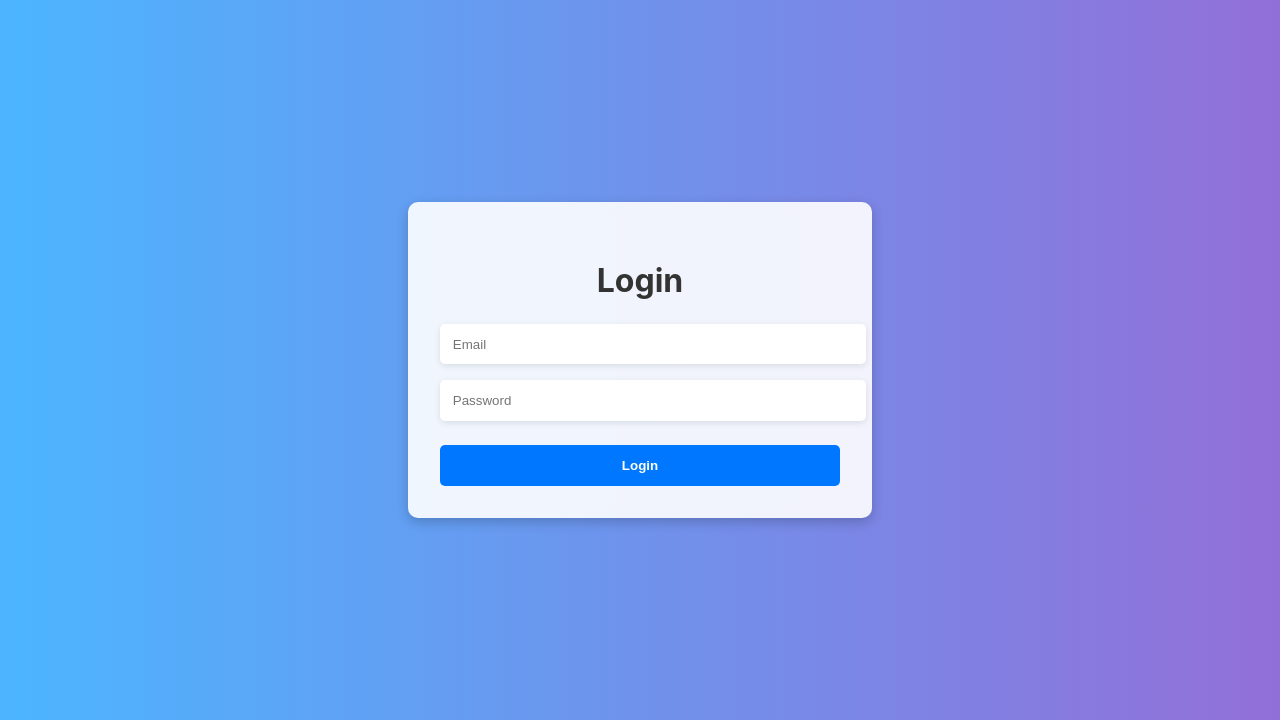
Repository: JaafarRezk/FrontEnd-InternetApplications
Page: /login
The author's editor kept a copy of each file at every save. The page is drawn from the files as they stood at one save, then again after the next save.
The browser window is 1280 px wide. The pictures show the whole page.
The project was rebuilt for these pictures with package versions that can differ from the ones it lists, and the page was loaded fresh each time. Also part of the build but not shown: src/components/Home.js, src/components/Auth/Register.js.

Above is the page before, as saved 2024-11-09 16:02:21.

### src/App.js
// src/App.js
import React from 'react';
import { BrowserRouter as Router, Route, Routes } from 'react-router-dom';
import Home from './components/Home';
import Login from './components/Auth/Login';
// افترض أن لديك مكون تسجيل Register في ملف Register.js
import Register from './components/Auth/Register';

function App() {
  return (
    <Router>
      <div className="App">
        <Routes>
          <Route path="/" element={<Home />} />
          <Route path="/login" element={<Login />} />
          <Route path="/register" element={<Register />} />
        </Routes>
      </div>
    </Router>
  );
}

export default App;

### src/components/Auth/Login.js
// src/components/Login.js
import React, { useState } from 'react';
import axios from 'axios';
import styles from '../styles/Auth.module.css';

const Login = () => {
  const [email, setEmail] = useState('');
  const [password, setPassword] = useState('');
  const [error, setError] = useState('');
  const [successMessage, setSuccessMessage] = useState('');

  const handleSubmit = async (e) => {
    e.preventDefault();
    setError('');
    setSuccessMessage('');

    try {
      const response = await axios.post('http://127.0.0.1:8000/api/auth/logIn', {
        email,
        password,
      });

      if (response.data.success) {
        setSuccessMessage('Login successful!');
        const token = response.data.data.token;
        localStorage.setItem('token', token);
      }
    } catch (error) {
      setError('Invalid credentials or user does not exist.');
      console.error(error);
    }
  };

  return (
    <div className={styles.container}>
      <div className={styles.formContainer}>
        <h2 className={styles.title}>Login</h2>
        <form onSubmit={handleSubmit}>
          <input
            type="email"
            placeholder="Email"
            value={email}
            onChange={(e) => setEmail(e.target.value)}
            className={styles.input}
          />
          <input
            type="password"
            placeholder="Password"
            value={password}
            onChange={(e) => setPassword(e.target.value)}
            className={styles.input}
          />
          <button type="submit" className={styles.button}>Login</button>
        </form>
        {error && <p style={{ color: 'red' }}>{error}</p>}
        {successMessage && <p style={{ color: 'green' }}>{successMessage}</p>}
      </div>
    </div>
  );
};

export default Login;

### src/components/styles/Auth.module.css
/* src/styles/Auth.module.css */

/* الحاوية الأساسية للخلفية */
.container {
    display: flex;
    justify-content: center;
    align-items: center;
    height: 100vh;
    background: linear-gradient(to right, rgba(0, 150, 255, 0.7), rgba(100, 50, 200, 0.7));
    animation: fadeInBackground 1.5s ease-in-out;
  }

  /* صندوق تسجيل الدخول والتسجيل */
  .formContainer {
    background-color: rgba(255, 255, 255, 0.9);
    backdrop-filter: blur(10px);
    padding: 2rem;
    border-radius: 10px;
    box-shadow: 0 4px 12px rgba(0, 0, 0, 0.2);
    width: 100%;
    max-width: 400px;
    text-align: center;
    animation: slideIn 0.7s ease;
  }

  /* أنماط للعناصر الداخلية */
  .title {
    font-size: 2rem;
    margin-bottom: 1rem;
    color: #333;
  }

  .input {
    width: 100%;
    padding: 0.8rem;
    margin: 0.5rem 0;
    border: none;
    border-radius: 5px;
    box-shadow: 0 2px 6px rgba(0, 0, 0, 0.1);
    transition: transform 0.3s;
  }

  .input:focus {
    transform: scale(1.03);
    outline: none;
    box-shadow: 0 3px 8px rgba(0, 100, 255, 0.3);
  }

  .button {
    width: 100%;
    padding: 0.8rem;
    margin-top: 1rem;
    border: none;
    border-radius: 5px;
    background-color: #0077ff;
    color: white;
    font-weight: bold;
    cursor: pointer;
    transition: background-color 0.3s, transform 0.3s;
  }

  .button:hover {
    background-color: #005ec2;
    transform: scale(1.05);
  }

  .message {
    margin-top: 1rem;
    color: #444;
  }

  /* التحريك */
  @keyframes fadeInBackground {
    from { opacity: 0; }
    to { opacity: 1; }
  }

  @keyframes slideIn {
    from { opacity: 0; transform: translateY(20px); }
    to { opacity: 1; transform: translateY(0); }
  }

Loaded but not shown: public/index.html (common file); src/index.js (common file); src/index.css (common file); src/reportWebVitals.js (common file)

After the next save:
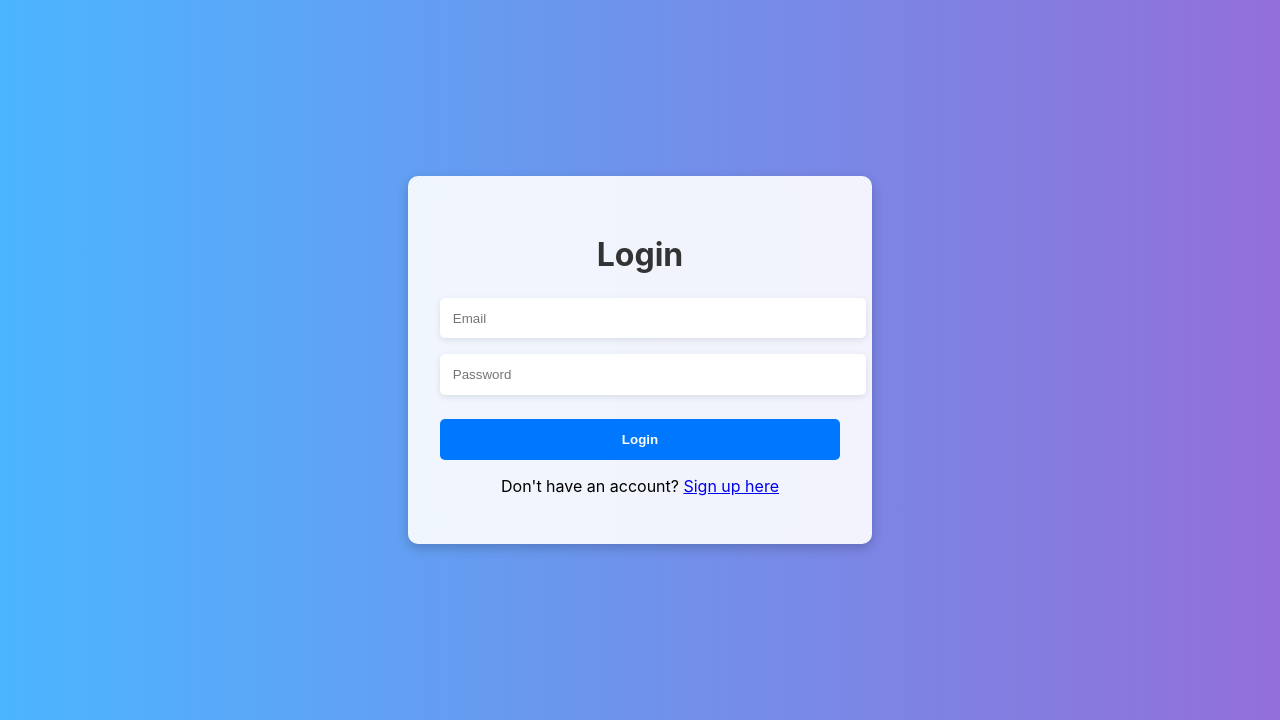
Saved 13 s later.
--- a/src/components/Auth/Login.js
+++ b/src/components/Auth/Login.js
@@ -2,6 +2,7 @@
 import React, { useState } from 'react';
 import axios from 'axios';
 import styles from '../styles/Auth.module.css';
+import { Link } from 'react-router-dom'; // إضافة رابط للتوجيه إلى صفحة التسجيل
 
 const Login = () => {
   const [email, setEmail] = useState('');
@@ -54,6 +55,7 @@ const Login = () => {
         </form>
         {error && <p style={{ color: 'red' }}>{error}</p>}
         {successMessage && <p style={{ color: 'green' }}>{successMessage}</p>}
+        <p>Don't have an account? <Link to="/register" className={styles.link}>Sign up here</Link></p> {/* رابط للتوجه إلى صفحة Register */}
       </div>
     </div>
   );
